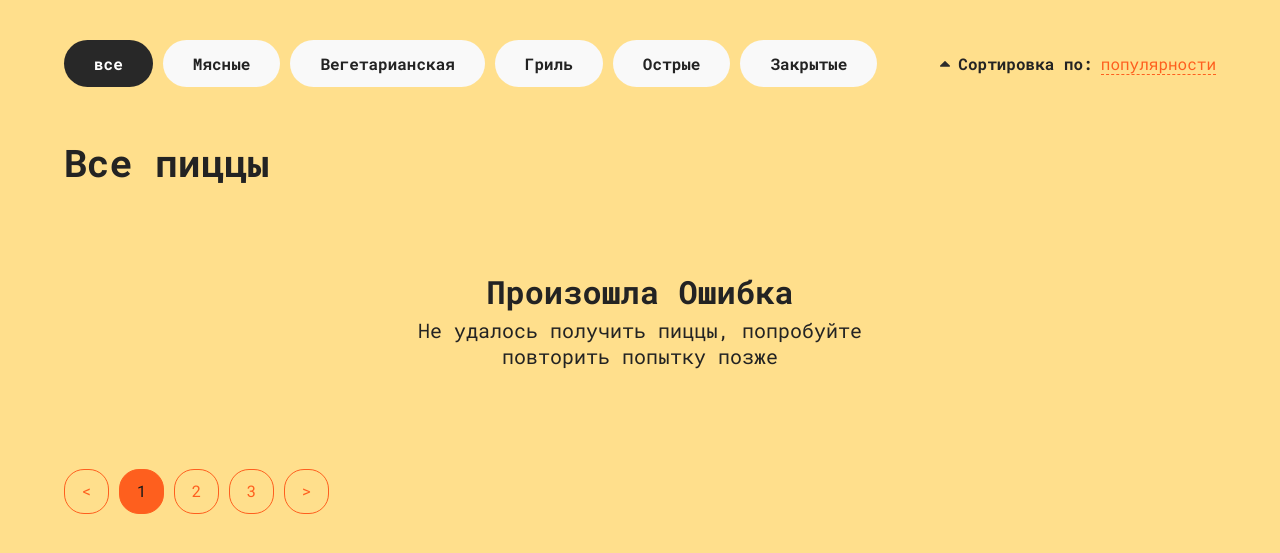
Repository: TI-IT/react-pizza2
Page: /
These files come from the project's save history. The page is drawn as it stood at one moment and after the next save; the edit follows.
The browser window is 1280 px wide. The pictures show the whole page.
The page's requests for data from a server got no answer. The project was rebuilt for these pictures with package versions that can differ from the ones it lists, and the page was loaded fresh each time. No one was signed in, and anything a server would have sent is missing. Also part of the build but not shown: src/components/Search/Search.module.scss, src/components/Search/index.jsx, src/components/Header.jsx, src/components/PizzaBlock.jsx, src/components/CartItem.jsx, src/components/CartEmpty.jsx, src/pages/Cart.jsx, src/pages/FullPizza.jsx and 3 more.

Above is the page before, as saved 2022-10-22 21:02:55.

### public/index.html
<!DOCTYPE html>
<html lang="en">
  <head>
    <meta charset="utf-8" />
    <link rel="icon" href="%PUBLIC_URL%/favicon.ico" />
    <link rel="preconnect" href="https://fonts.googleapis.com" />
    <link rel="preconnect" href="https://fonts.gstatic.com" crossorigin />
    <link
      href="https://fonts.googleapis.com/css2?family=Roboto+Mono:wght@300;400;500;600;700&display=swap"
      rel="stylesheet"
    />
    <meta name="viewport" content="width=device-width, initial-scale=1" />
    <meta name="theme-color" content="#000000" />
    <meta
      name="description"
      content="Web site created using create-react-app"
    />
    <link rel="apple-touch-icon" href="%PUBLIC_URL%/logo192.png" />
    <!--
      manifest.json provides metadata used when your web app is installed on a
      user's mobile device or desktop. See https://developers.google.com/web/fundamentals/web-app-manifest/
    -->
    <link rel="manifest" href="%PUBLIC_URL%/manifest.json" />
    <!--
      Notice the use of %PUBLIC_URL% in the tags above.
      It will be replaced with the URL of the `public` folder during the build.
      Only files inside the `public` folder can be referenced from the HTML.

      Unlike "/favicon.ico" or "favicon.ico", "%PUBLIC_URL%/favicon.ico" will
      work correctly both with client-side routing and a non-root public URL.
      Learn how to configure a non-root public URL by running `npm run build`.
    -->
    <title>React App</title>
  </head>
  <body>
    <noscript>You need to enable JavaScript to run this app.</noscript>
    <div id="root"></div>
    <!--
      This HTML file is a template.
      If you open it directly in the browser, you will see an empty page.

      You can add webfonts, meta tags, or analytics to this file.
      The build step will place the bundled scripts into the <body> tag.

      To begin the development, run `npm start` or `yarn start`.
      To create a production bundle, use `npm run build` or `yarn build`.
    -->
  </body>
</html>

### src/index.tsx
import React from 'react'
import ReactDOM from 'react-dom/client'
import { BrowserRouter } from 'react-router-dom'
import { Provider } from 'react-redux'
import App from './App'
import { store } from './redux/store'

const root = ReactDOM.createRoot(document.getElementById('root'))
root.render(
  <BrowserRouter>
    <Provider store={store}>
      <App />
    </Provider>
  </BrowserRouter>
)

### src/App.js
import React from 'react'
import Header from './components/Header'
import Home from './pages/Home'
import Cart from './pages/Cart'
import FullPizza from './pages/FullPizza.jsx'
import NotFound from './pages/NotFound'
import { Routes, Route, Outlet } from 'react-router-dom'
import './scss/app.scss'

function Parent({ children }) {
  return (
    <div>
      <h1>Заголовок</h1>
      <Outlet />
      <h2>656565656</h2>
    </div>
  )
}

function App() {
  return (
    <div className="content">
      <Routes>
        <Route path="/" element={<Home />} />
        <Route path="/cart" element={<Cart />} />
        <Route path="/pizza/:id" element={<FullPizza />} />
        <Route path="*" element={<NotFound />} />
      </Routes>
    </div>
  )
}
export default App

### src/redux/store.js
import { configureStore } from '@reduxjs/toolkit'
import filter from './slices/filterSlice'
import cart from './slices/cartSlice'
import pizza from './slices/pizzaSlice'

export const store = configureStore({
  reducer: {
    filter,
    cart,
    pizza
  }
})

### src/pages/Home.jsx
import React from 'react'
import qs from 'qs'
import { Link, useNavigate } from 'react-router-dom'
import { useSelector, useDispatch } from 'react-redux'

import {
  selectFilter,
  setCategoryId,
  setCurrentPage,
  setFilters
} from '../redux/slices/filterSlice'

import Categories from '../components/Categories'
import Sort, { sortList } from '../components/Sort'
import PizzaBlock from '../components/PizzaBlock'
import Skeleton from '../components/PizzaBlock/Skeleton'
import Pagination from '../components/Pagination'
import { fetchPizzas, selectPizzaData } from '../redux/slices/pizzaSlice'

const Home = () => {
  const navigate = useNavigate()
  const dispatch = useDispatch()
  const isSearch = React.useRef(false)
  const isMaunted = React.useRef(false)

  const { items, status } = useSelector(selectPizzaData)
  const { categoryId, sort, currentPage, searchValue } = useSelector(selectFilter)

  const onChangeCategory = id => {
    dispatch(setCategoryId(id))
  }
  const onChangePage = number => {
    dispatch(setCurrentPage(number))
  }

  const getPizzas = async () => {
    const order = sort.sortProperty.includes('-') ? 'asc' : 'desc'
    const sortBy = sort.sortProperty.replace('-', '')
    const category = categoryId > 0 ? `category=${categoryId}` : ''
    const search = searchValue ? `&search=${searchValue}` : ''

    dispatch(
      fetchPizzas({
        order,
        sortBy,
        category,
        search,
        currentPage
      })
    )

    window.scrollTo(0, 0)
  }

  //***---React Pizza v2 — Сохраняем параметры фильтрации в URL---***
  //шаг 2
  //Если изменили параметры и был первый рендер
  React.useEffect(() => {
    if (isMaunted.current) {
      const queryString = qs.stringify({
        sortProperty: sort.sortProperty,
        categoryId,
        currentPage
      })
      navigate(`?${queryString}`)
    }
    isMaunted.current = true
  }, [categoryId, sort.sortProperty, currentPage])

  //***---React Pizza v2 — Сохраняем параметры фильтрации в URL---***
  //шаг 1
  //Если был первый рендер, то проверяем URL-параметры и сохроняем в редуксе
  React.useEffect(() => {
    if (window.location.search) {
      //параметры адресной строки преврощаем в объект -qs.parse
      const params = qs.parse(window.location.search.substring(1))
      const sort = sortList.find(obj => obj.sortProperty === params.sortProperty)
      dispatch(
        setFilters({
          ...params,
          sort
        })
      )

      isSearch.current = true
    }
  }, [])

  //Загрузка один раз
  //***---React Pizza v2 — Сохраняем параметры фильтрации в URL---***
  //шаг 3
  //Если был первый рендер, то запрашиваем пиццы
  React.useEffect(() => {
    getPizzas()
  }, [categoryId, sort.sortProperty, searchValue, currentPage])

  const pizzas = items.map(obj => (
    <Link key={obj.id} to={`/pizza/${obj.id}`}>
      <PizzaBlock {...obj} />
    </Link>
  ))
  const sceletons = [...new Array(6)].map((_, index) => <Skeleton key={index} />)

  return (
    <div className="container">
      <div className="content__top">
        <Categories value={categoryId} onChangeCategory={id => onChangeCategory(id)} />
        <Sort />
      </div>
      <h2 className="content__title">Все пиццы</h2>
      {status === 'error' ? (
        <div className="content__error-info">
          <h2>Произошла Ошибка</h2>
          <p>Не удалось получить пиццы, попробуйте повторить попытку позже</p>
        </div>
      ) : (
        <div className="content__items">{status === 'loading' ? sceletons : pizzas}</div>
      )}
      <Pagination currentPage={currentPage} onChangePage={onChangePage} />
    </div>
  )
}

export default Home

### src/scss/app.scss
@import './_variables.scss';
@import 'libs/_normalize.scss';

@import 'components/_all.scss';

body {
  background-color: $background;
}

.wrapper {
  width: calc(100vw - 100px);
  height: 100%;
  background-color: #fff;
  margin: 50px auto;
  border-radius: 10px;
  max-width: 1400px;

  @media (max-width: 645px) {
    width: calc(100vw - 30px);
    margin-top: 15px;
  }
}

.content {
  padding: 40px 0;

  &__error-info {
    margin: 100px auto;
    width: 500px;
    text-align: center;

    h2 {
      font-size: 32px;
      font-weight: 700;
      margin-bottom: 10px;
    }

    p {
      font-size: 20px;
    }
  }

  &__title {
    font-weight: 800;
    font-size: 38px;
    margin-top: 60px;
    margin-bottom: 50px;
  }

  &__items {
    display: grid;
    grid-template-columns: repeat(4, 1fr);
    grid-template-rows: repeat(2, 1fr);
    grid-column-gap: 11px;

    @media (max-width: 1400px) {
      grid-template-columns: repeat(3, 1fr);
    }

    @media (max-width: 1060px) {
      grid-template-columns: repeat(2, 1fr);
    }

    @media (max-width: 730px) {
      grid-template-columns: repeat(1, 1fr);
    }
  }

  &__top {
    display: flex;
    align-items: center;
    justify-content: space-between;

    @media (max-width: 1260px) {
      .categories {
        width: 100%;
        overflow: auto;
        ul {
          width: 785px;
        }
      }
      .sort {
        padding-left: 20px;
        b {
          display: none;
        }
      }
    }

    @media (max-width: 760px) {
      .categories {
        ul {
          li {
            padding: 6px 10px;
          }
        }
      }
    }

    @media (max-width: 820px) {
      .categories {
        margin-top: 30px;
      }
      flex-direction: column-reverse;
    }
  }
}

.container {
  width: $container-width;
  margin: 0 auto;

  &--cart {
    max-width: 820px;
    margin: 90px auto;
    .content__title {
      margin: 0;
    }
  }
}

.cart {
  &__top {
    display: flex;
    justify-content: space-between;
    align-items: center;
  }

  .content__title {
    display: flex;
    align-items: center;
    font-size: 32px;

    svg {
      position: relative;
      top: -2px;
      width: 30px;
      height: 30px;
      margin-right: 10px;
      path {
        stroke: $black;
        stroke-width: 1.9;
      }
    }
  }

  &__clear {
    display: flex;
    align-items: center;
    cursor: pointer;
    @include noselect();

    span {
      display: inline-block;
      margin-left: 7px;
      color: #b6b6b6;
      font-size: 18px;
    }

    span,
    svg,
    path {
      transition: all $duration ease-in-out;
    }

    &:hover {
      svg {
        path {
          stroke: darken($color: #b6b6b6, $amount: 50);
        }
      }
      span {
        color: darken($color: #b6b6b6, $amount: 50);
      }
    }
  }

  .content__items {
    display: block;
  }

  &__item {
    display: flex;
    width: 100%;
    border-top: 1px solid $gray-line;
    padding-top: 30px;
    margin-top: 30px;

    &-img {
      display: flex;
      align-items: center;
      margin-right: 15px;
      width: 10%;

      img {
        width: 80px;
        height: 80px;
      }
    }

    &-info {
      display: flex;
      flex-direction: column;
      justify-content: center;
      width: 40%;

      h3 {
        font-weight: bold;
        font-size: 22px;
        line-height: 27px;
        letter-spacing: 0.01em;
      }

      p {
        font-size: 18px;
        color: #8d8d8d;
      }
    }

    &-count {
      display: flex;
      align-items: center;
      justify-content: space-between;
      width: 13%;

      &-minus {
        svg {
          path:first-of-type {
            display: none;
          }
        }
      }

      b {
        font-size: 22px;
      }
    }

    &-price {
      display: flex;
      align-items: center;
      justify-content: center;
      width: 33%;

      b {
        font-weight: bold;
        font-size: 22px;
        letter-spacing: 0.01em;
      }
    }

    &-remove {
      display: flex;
      align-items: center;
      justify-content: flex-end;
      width: 4%;

      .button {
        border-color: darken($color: $gray-line, $amount: 10);
      }

      svg {
        transform: rotate(45deg);

        path {
          fill: darken($color: $gray-line, $amount: 15);
        }
      }

      .button {
        svg {
          width: 11.5px;
          height: 11.5px;
          position: relative;
        }
        &:hover,
        &:active {
          border-color: darken($color: $gray-line, $amount: 80);
          background-color: darken($color: $gray-line, $amount: 80);
        }
      }
    }
  }

  &__bottom {
    margin: 50px 0;

    &-details {
      display: flex;
      justify-content: space-between;

      span {
        font-size: 22px;

        &:last-of-type {
          b {
            color: $orange;
          }
        }
      }
    }

    &-buttons {
      display: flex;
      justify-content: space-between;
      margin-top: 40px;

      .go-back-btn {
        display: flex;
        align-items: center;
        justify-content: center;
        width: 210px;

        border-color: darken($color: $gray-line, $amount: 10);

        span {
          color: darken($color: $gray-line, $amount: 20);
          font-weight: 500;
          font-weight: 600;
        }

        &:hover {
          background-color: darken($color: $gray-line, $amount: 90);
          border-color: darken($color: $gray-line, $amount: 90);

          span {
            color: $gray-line;
          }
        }

        svg {
          margin-right: 12px;
          path {
            fill: transparent;
            stroke-width: 2;
          }
        }
      }

      .pay-btn {
        font-size: 16px;
        font-weight: 600;
        width: 210px;
        padding: 16px;
      }
    }
  }

  &--empty {
    margin: 80px auto;
    width: 740px;
    text-align: center;

    h2 {
      font-size: 36px;
      font-weight: 700;
      margin-bottom: 15px;
    }

    p {
      font-size: 20px;
      line-height: 145.4%;
      letter-spacing: 0.01em;
      color: #777777;
    }

    icon {
      position: relative;
      top: 2px;
    }

    img {
      display: block;
      width: 300px;
      margin: 45px auto 60px;
    }

    .button--black {
      padding: 12px 0 14px;
      width: 230px;
      margin: 0 auto;
      font-weight: 600;
      font-size: 18px;
    }
  }
}

### src/redux/slices/filterSlice.js
import { createSlice } from '@reduxjs/toolkit'

const initialState = {
  searchValue: '',
  categoryId: 0,
  currentPage: 1,
  sort: {
    name: 'популярности',
    sortProperty: 'rating'
  }
}

const filterSlice = createSlice({
  name: 'filters',
  initialState,
  reducers: {
    setCategoryId(state, action) {
      state.categoryId = action.payload
    },
    setSearchValue(state, action) {
      state.searchValue = action.payload
    },
    setSort(state, action) {
      state.sort = action.payload
    },
    setCurrentPage(state, action) {
      state.currentPage = action.payload
    },
    setFilters(state, action) {
      state.sort = action.payload.sort
      state.currentPage = Number(action.payload.currentPage)
      state.categoryId = Number(action.payload.categoryId)
    }
  }
})

export const selectFilter = store => store.filter
export const selectSort = store => store.filter.sort

export const { setCategoryId, setSort, setCurrentPage, setFilters, setSearchValue } =
  filterSlice.actions

export default filterSlice.reducer

### src/components/Categories.tsx
import React from 'react'

function Categories({ value, onChangeCategory }) {
  const categories = ['все', 'Мясные', 'Вегетарианская', 'Гриль', 'Острые', 'Закрытые']

  return (
    <div className="categories">
      <ul>
        {categories.map((categoryName, i) => (
          <li key={i} onClick={() => onChangeCategory(i)} className={value === i ? 'active' : ''}>
            {categoryName}
          </li>
        ))}
      </ul>
    </div>
  )
}
export default Categories

### src/components/Sort.jsx
import React from 'react'
import { useSelector, useDispatch } from 'react-redux'
import { selectSort, setSort } from '../redux/slices/filterSlice'
export const sortList = [
  { name: 'популярности(DESC)', sortProperty: 'rating' },
  { name: 'популярности(ASC)', sortProperty: '-rating' },
  { name: 'цене(DESC)', sortProperty: 'price' },
  { name: 'цене(ASC)', sortProperty: '-price' },
  { name: 'алфавиту(DESC)', sortProperty: 'title' },
  { name: 'алфавиту(ASC)', sortProperty: '-title' }
]

function Sort() {
  const dispatch = useDispatch()
  const sort = useSelector(selectSort)
  const sortRef = React.useRef()

  const [open, setOpen] = React.useState(false)

  const onClickListItem = obj => {
    dispatch(setSort(obj))
    setOpen(false)
  }

  React.useEffect(() => {
    const handleClickoutside = event => {
      if (!event.path.includes(sortRef.current)) {
        setOpen(false)
      }
    }
    document.body.addEventListener('click', handleClickoutside)

    return () => document.body.removeEventListener('click', handleClickoutside)
  }, [])

  return (
    <div ref={sortRef} className="sort">
      <div className="sort__label">
        <svg
          width="10"
          height="6"
          viewBox="0 0 10 6"
          fill="none"
          xmlns="http://www.w3.org/2000/svg">
          <path
            d="M10 5C10 5.16927 9.93815 5.31576 9.81445 5.43945C9.69075 5.56315 9.54427 5.625 9.375 5.625H0.625C0.455729 5.625 0.309245 5.56315 0.185547 5.43945C0.061849 5.31576 0 5.16927 0 5C0 4.83073 0.061849 4.68424 0.185547 4.56055L4.56055 0.185547C4.68424 0.061849 4.83073 0 5 0C5.16927 0 5.31576 0.061849 5.43945 0.185547L9.81445 4.56055C9.93815 4.68424 10 4.83073 10 5Z"
            fill="#2C2C2C"
          />
        </svg>
        <b>Сортировка по:</b>
        <span onClick={() => setOpen(!open)}>{sort.name}</span>
      </div>
      {open && (
        <div className="sort__popup">
          <ul>
            {sortList.map((obj, i) => (
              <li
                key={i}
                onClick={() => onClickListItem(obj)}
                className={sort.sortProperty === obj.sortProperty ? 'active' : ''}>
                {obj.name}
              </li>
            ))}
          </ul>
        </div>
      )}
    </div>
  )
}

export default Sort

### src/components/PizzaBlock/Skeleton.jsx
import React from 'react'
import ContentLoader from 'react-content-loader'

const Skeleton = props => (
  <ContentLoader
    className="pizza-block"
    speed={2}
    width={280}
    height={465}
    viewBox="0 0 280 465"
    backgroundColor="#f3f3f3"
    foregroundColor="#ecebeb">
    <circle cx="134" cy="127" r="98" />
    <rect x="0" y="465" rx="5" ry="5" width="280" height="32" />
    <rect x="28" y="231" rx="7" ry="7" width="218" height="22" />
    <rect x="33" y="271" rx="19" ry="19" width="213" height="69" />
    <rect x="30" y="365" rx="1" ry="1" width="88" height="27" />
    <rect x="141" y="362" rx="17" ry="17" width="106" height="35" />
  </ContentLoader>
)

export default Skeleton

### src/components/Pagination/index.jsx
import React from 'react'
import ReactPaginate from 'react-paginate'
import styles from './Pagination.module.scss'

const Pagination = ({ onChangePage, currentPage }) => {
  return (
    <div>
      <ReactPaginate
        className={styles.root}
        breakLabel="..."
        nextLabel=">"
        previousLabel="<"
        onPageChange={e => onChangePage(e.selected + 1)}
        pageRangeDisplayed={4}
        pageCount={3}
        forcePage={currentPage - 1}
        renderOnZeroPageCount={null}
      />
    </div>
  )
}

export default Pagination

### src/scss/libs/_normalize.scss
* {
  padding: 0;
  margin: 0;
  list-style: none;
  outline: none;
  font-family: 'Roboto Mono', Roboto, system-ui, Tahoma, sans-serif;
  box-sizing: border-box;
}

html {
  -ms-text-size-adjust: 100%;
  -webkit-text-size-adjust: 100%;
}

body {
  -moz-osx-font-smoothing: grayscale;
  -webkit-font-smoothing: antialiased;
  color: $black;
}

a,
span,
p,
b,
h1,
h2,
h3,
h4,
h5 {
  color: $black;
}

h1 {
  font-size: 48px;
}

h2 {
  font-weight: 600;
  font-size: 28px;
  line-height: 30px;
}

a {
  text-decoration: none;
}

@mixin noselect {
  -webkit-touch-callout: none; /* iOS Safari */
  -webkit-user-select: none; /* Safari */
  -khtml-user-select: none; /* Konqueror HTML */
  -moz-user-select: none; /* Old versions of Firefox */
  -ms-user-select: none; /* Internet Explorer/Edge */
  user-select: none; /* Non-prefixed version, currently
                                  supported by Chrome, Opera and Firefox */
}

### src/scss/components/_header.scss
@import '../variables.scss';

.header {
  border-bottom: 1px solid $gray-line;
  padding: 40px 0;

  .container {
    display: flex;
    align-items: center;
    justify-content: space-between;

    @media (max-width: 645px) {
      flex-direction: column;
      .header__cart {
        margin-top: 20px;
      }
    }
  }

  &__logo {
    display: flex;

    img {
      margin-right: 15px;
    }

    h1 {
      color: #181818;
      font-size: 24px;
      letter-spacing: 1%;
      text-transform: uppercase;
      font-weight: 800;
    }

    p {
      color: #7b7b7b;
    }
  }
}

### src/scss/components/_button.scss
@import '../variables.scss';

.button {
  display: inline-block;
  background-color: $orange;
  border-radius: 30px;
  padding: 10px 20px;
  min-width: 100px;
  text-align: center;
  cursor: pointer;
  transition: background-color $duration ease-in-out, border-color $duration ease-in-out;
  border: 1px solid transparent;
  @include noselect();

  &,
  span {
    color: #fff;
  }

  i,
  span,
  path,
  svg {
    transition: all $duration ease-in-out;
  }

  &:hover {
    background-color: darken($orange, 8%);
  }

  &:active {
    background-color: darken($orange, 12%);
    transform: translateY(1px);
  }

  &--circle {
    display: flex;
    align-items: center;
    justify-content: center;
    width: 32px;
    height: 32px;
    min-width: 32px;
    padding: 0;
    border-width: 2px;
  }

  &--black {
    background-color: $black;

    &:hover,
    &:active {
      background-color: lighten($color: $black, $amount: 10);
    }
  }

  &--outline {
    background-color: #fff;
    border-color: $orange;
    &,
    span {
      color: $orange;
    }

    svg {
      path {
        fill: $orange;
      }
    }

    &:hover {
      background-color: $orange;

      &,
      span {
        color: #fff;
      }

      svg {
        path {
          fill: #fff;
        }
      }
    }

    &:active {
      background-color: darken($orange, 8%);
    }
  }

  &__delimiter {
    width: 1px;
    height: 25px;
    background-color: rgba(255, 255, 255, 0.25);
    margin-left: 14px;
    margin-right: 14px;
  }

  &--add {
    svg {
      margin-right: 2px;
    }

    span {
      font-weight: 600;
      font-size: 16px;
    }

    &:hover {
      i {
        background-color: #fff;
        color: $orange;
      }
    }

    i {
      display: inline-block;
      border-radius: 30px;
      background-color: $orange;
      color: #fff;
      font-weight: 600;
      width: 22px;
      height: 22px;
      font-style: normal;
      font-size: 13px;
      line-height: 22px;
      position: relative;
      top: -1px;
      left: 3px;
    }
  }

  &--cart {
    display: flex;
    align-items: center;
    line-height: 23px;
    padding: 12px 25px;

    svg {
      margin-right: 8px;
      margin-bottom: 1px;
    }

    span {
      font-weight: 600;
      font-size: 16px;
    }
  }
}

### src/scss/components/_sort.scss
@import '../variables.scss';

.sort {
  position: relative;
  &__label {
    display: flex;
    align-items: center;

    svg {
      margin-right: 8px;
    }

    b {
      margin-right: 8px;
    }

    span {
      color: $orange;
      border-bottom: 1px dashed $orange;
      cursor: pointer;
    }
  }

  &__popup {
    position: absolute;
    right: 0;
    margin-top: 15px;
    background: #ffffff;
    box-shadow: 0px 5px 15px rgba(0, 0, 0, 0.09);
    border-radius: 10px;
    overflow: hidden;
    padding: 10px 0;

    ul {
      overflow: hidden;
      li {
        padding: 12px 20px;
        cursor: pointer;

        &.active,
        &:hover {
          background: rgba(254, 95, 30, 0.05);
        }

        &.active {
          font-weight: bold;
          color: $orange;
        }
      }
    }
  }
}

### src/scss/components/_pizza-block.scss
@import '../variables.scss';

.pizza-block {
  width: 280px;
  text-align: center;
  margin-bottom: 65px;

  &-wrapper {
    display: flex;
    justify-content: center;
  }

  &__image {
    width: 260px;
  }

  &__title {
    font-size: 20px;
    font-weight: 900;
    letter-spacing: 1%;
    margin-bottom: 20px;
  }

  &__selector {
    display: flex;
    background-color: #f3f3f3;
    border-radius: 10px;
    flex-direction: column;
    padding: 6px;

    ul {
      display: flex;
      flex: 1;

      &:first-of-type {
        margin-bottom: 6px;
      }

      li {
        padding: 8px;
        flex: 1;
        cursor: pointer;
        font-weight: 600;
        font-size: 14px;
        @include noselect();
        &.active {
          background: #ffffff;
          box-shadow: 0px 2px 4px rgba(0, 0, 0, 0.04);
          border-radius: 5px;
          cursor: auto;
        }
      }
    }
  }

  &__bottom {
    display: flex;
    align-items: center;
    justify-content: space-between;
    margin-top: 20px;
  }

  &__price {
    font-weight: bold;
    font-size: 22px;
    line-height: 27px;
    letter-spacing: 0.015em;
  }
}

### src/components/Pagination/Pagination.module.scss
.root {
  li {
    display: inline-block;
  }

  a {
    text-align: center;
    width: 45px;
    line-height: 42px;
    height: 45px;
    border: 1px solid #fe5f1e;
    border-radius: 20px;
    margin-right: 10px;
    cursor: pointer;
    display: inline-block;
    color: #fe5f1e;
    &:hover {
      background-color: gold;
      a {
        color: rgb(255, 255, 255);
      }
    }
  }
  :global {
    .selected {
      a {
        background-color: #fe5f1e;
        color: rgb(22, 24, 24);
      }
    }
  }
}

Loaded but not shown: src/scss/_variables.scss (common file); src/scss/components/_all.scss (common file); src/scss/components/_categories.scss (common file); src/redux/slices/pizzaSlice.js (51 lines, source omitted); src/redux/slices/cartSlice.js (47 lines, source omitted)

After the next save:
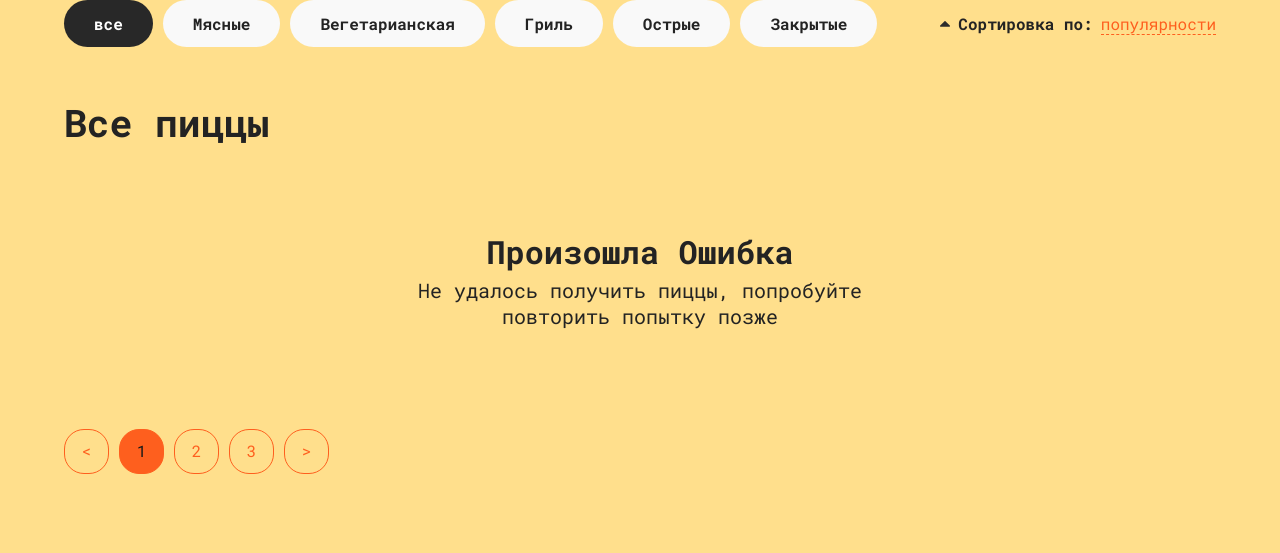
Saved 43 s later.
--- a/src/App.js
+++ b/src/App.js
@@ -19,14 +19,12 @@ function Parent({ children }) {
 
 function App() {
   return (
-    <div className="content">
-      <Routes>
-        <Route path="/" element={<Home />} />
-        <Route path="/cart" element={<Cart />} />
-        <Route path="/pizza/:id" element={<FullPizza />} />
-        <Route path="*" element={<NotFound />} />
-      </Routes>
-    </div>
+    <Routes>
+      <Route path="/" element={<Home />} />
+      <Route path="/cart" element={<Cart />} />
+      <Route path="/pizza/:id" element={<FullPizza />} />
+      <Route path="*" element={<NotFound />} />
+    </Routes>
   )
 }
 export default App
